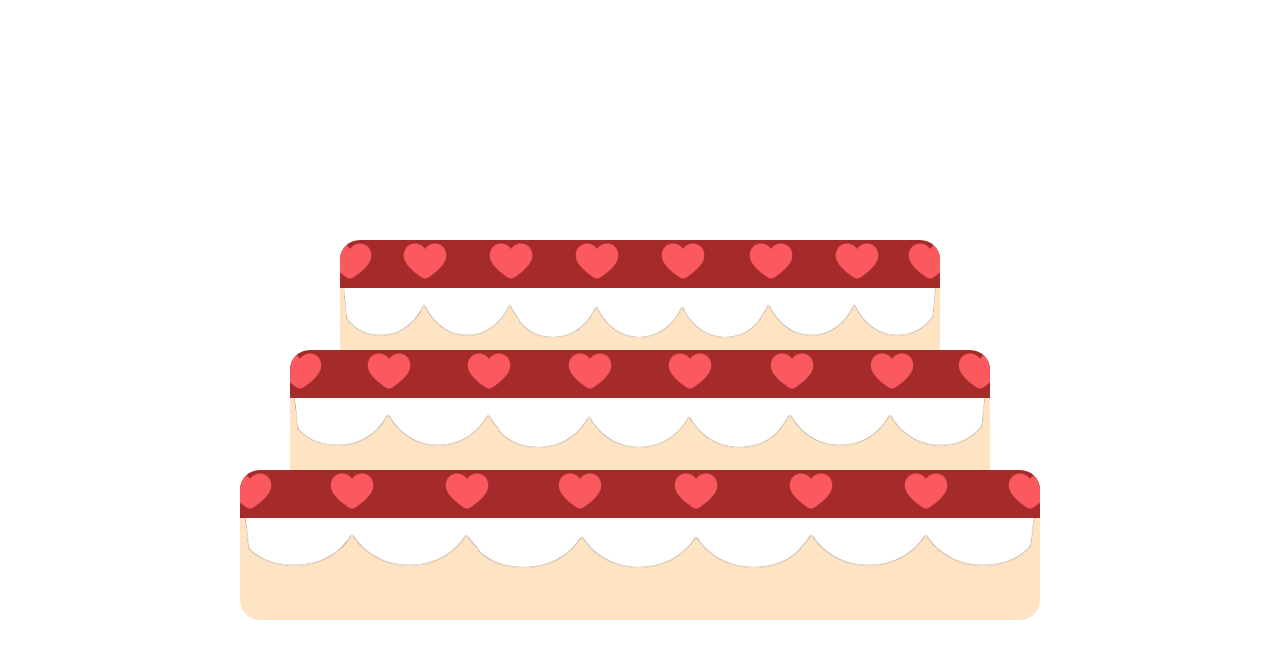
Repository: iphoneboy46/happybirthday
Page: index.html
An editor plug-in stored every save of this project. The page is shown before and after a run of saves, followed by the edit.
The browser window is 1280 px wide. The pictures show the whole page.

Above is the page before, as saved 2022-11-28 15:04:59.

After the next 2 saves:
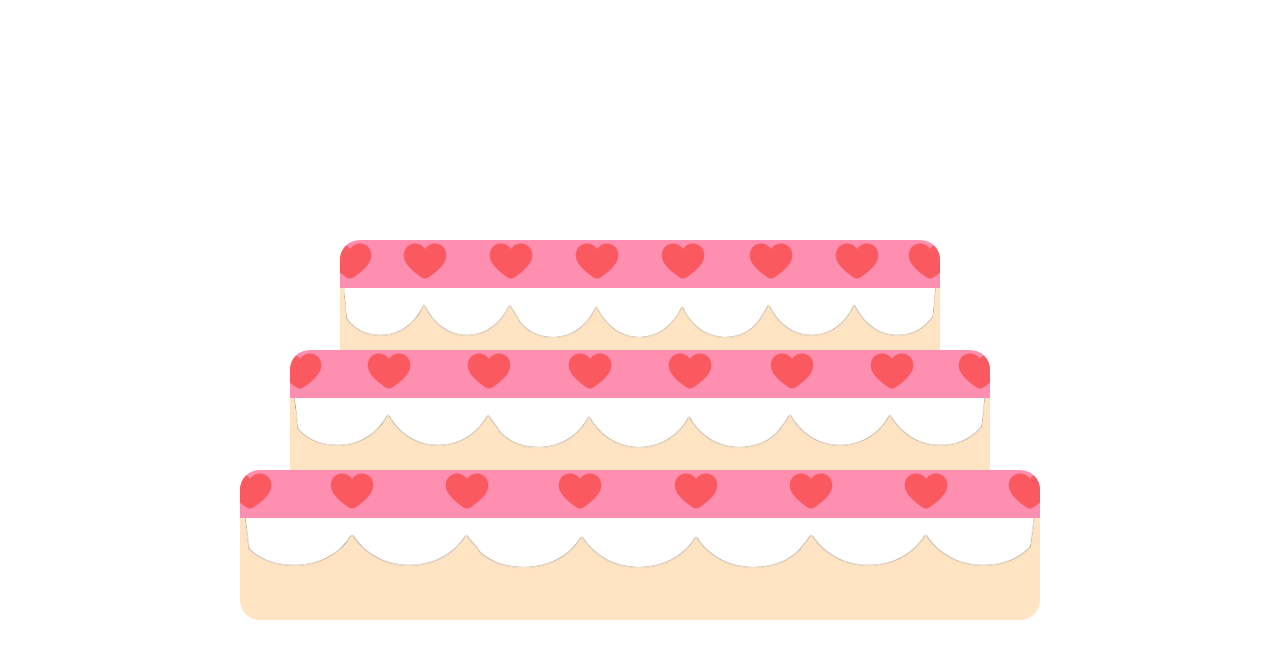
The 2 saves are shown as one change because they came seconds apart.
The last was saved 102 s later.
--- a/style.css
+++ b/style.css
@@ -195,7 +195,7 @@
     top: 0;
     width: 100%;
     height: 48px;
-    background-color: brown;
+    background-color: #FF8FB1;
 }
 
 
